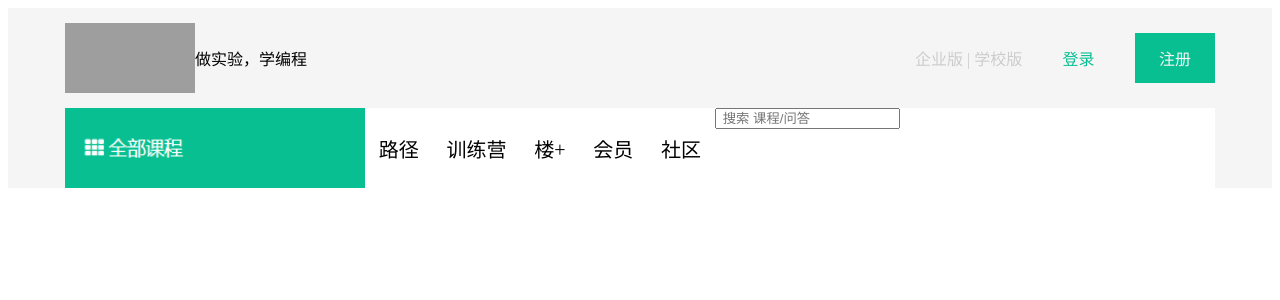
Repository: wuguozheng/xxbb
Page: /
These files come from the project's save history. The page is drawn as it stood at one moment and after a run of saves; the edit follows.
The browser window is 1280 px wide. The pictures show the whole page.
Pictures or frames that could not be fetched are drawn as grey boxes. The project was rebuilt for these pictures with package versions that can differ from the ones it lists, and the page was loaded fresh each time.

Above is the page before, as saved 2020-06-01 14:11:14.

After the next 2 saves:
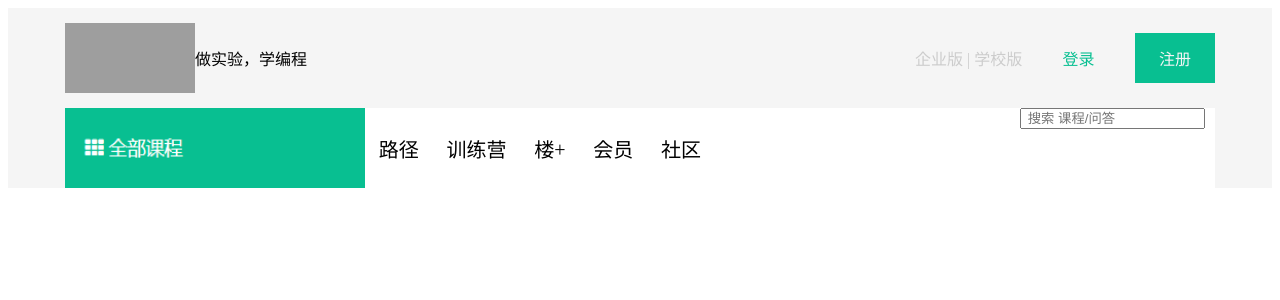
The 2 saves are shown as one change because 1 did not build or start.
The last was saved 64 s later.
--- a/src/components/home/Mxs1.vue
+++ b/src/components/home/Mxs1.vue
@@ -27,7 +27,7 @@
           <div>会员</div>
           <div>社区</div>
         </div>
-        <div>
+        <div class="run-2">
           <input type="text" placeholder=" 搜索 课程/问答">
         </div>
       </div>
@@ -117,6 +117,7 @@ export default {
   height: 80px;
   background: white;
   display: flex;
+  position: relative;
 }
 .run-1 {
   width: 350px;
@@ -127,4 +128,8 @@ export default {
   align-items: center;
   font-size: 20px;
 }
+.run-2 {
+  position: absolute;
+  right: 10px;
+}
 </style>
